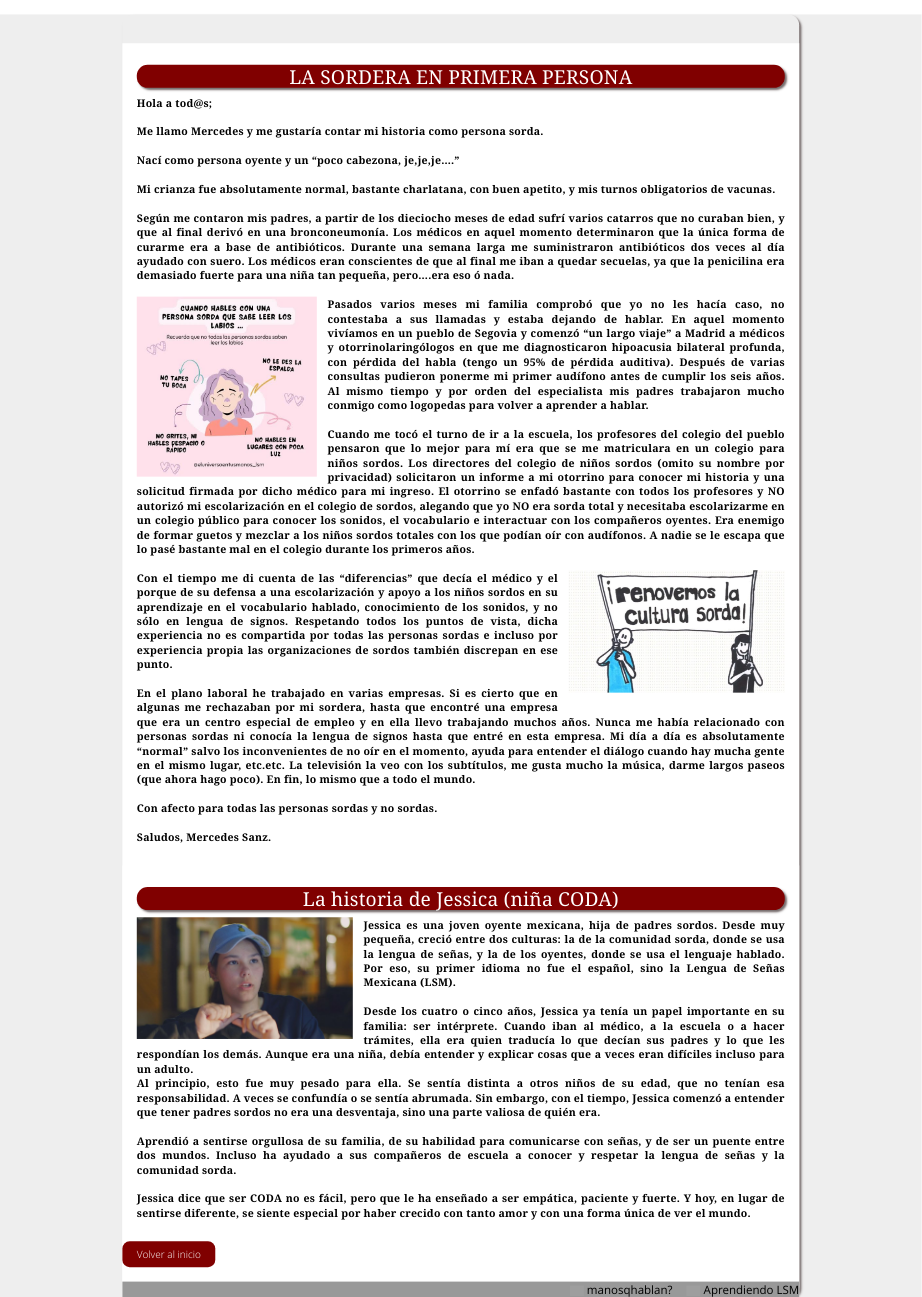
Repository: Ros4ri/beta
Page: relatos.html
An editor plug-in stored every save of this project. The page is shown before and after the next save, followed by the edit.
The browser window is 1280 px wide. The pictures show the whole page, at 72% of full size.
Pictures or frames that could not be fetched are drawn as grey boxes.

Above is the page before, as saved 2025-06-02 20:27:41.

### relatos.html
<!DOCTYPE html>
<html>
<head>
    <title>Sitio Web HTML5</title>
    <meta charset="UTF-8">
    <link rel="stylesheet" href="css/metro-bootstrap.css">
    <link rel="stylesheet" href="css/estilos.css">
    <script src="jquery/jquery.min.js"></script>
    <script src="jquery/jquery.widget.min.js"></script>
    <script src="metro/metro-dropdown.js"></script>
</head>
<body class="metro">

    <!-- Contenedor principal -->
    <div class="grid bg-grayLighter">
        <div class="container efectos">

            <!-- Encabezado -->
            <header class="row bg-lightBlue">
            </header>
<nav class="row bg-amber">
</nav>

<!-- Primera sección: Texto a la izquierda, imagen a la derecha -->
<section class="bg-white no-margin">
    <article class="row">
      <div class="padding20">
        <h2 class="text-center fg-white efectos" style="background-color: #800000; font-family:Cambria, Cochin, Georgia, Times, 'Times New Roman', serif;">LA SORDERA EN PRIMERA PERSONA</h2>
<h4 style="font-family: Cambria, Cochin, Georgia, Times, 'Times New Roman', serif; text-align: justify;">
 Hola a tod@s;<br>
<br>
 Me llamo Mercedes y me gustaría contar mi historia como persona sorda.<br>
<br>
Nací como persona oyente y un “poco cabezona, je,je,je….”<br>
<br>
Mi crianza fue absolutamente normal, bastante charlatana, con buen apetito, y mis turnos obligatorios de vacunas.<br>
<br>
Según me contaron mis padres, a partir de los dieciocho meses de edad sufrí varios catarros que no curaban bien, y que al final derivó en una bronconeumonía. Los médicos en aquel momento determinaron que la única forma de curarme era a base de antibióticos. Durante una semana larga me suministraron antibióticos dos veces al día ayudado con suero. Los médicos eran conscientes de que al final me iban a quedar secuelas, ya que la penicilina era demasiado fuerte para una niña tan pequeña, pero….era eso ó nada.<br>
<br>
<img src="img/amable.jpeg" width="250" height="150" style="float: left; margin-right: 15px; margin-bottom: 10px;">
Pasados varios meses mi familia comprobó que yo no les hacía caso, no contestaba a sus llamadas y estaba dejando de hablar. En aquel momento vivíamos en un pueblo de Segovia y comenzó “un largo viaje” a Madrid a médicos y otorrinolaringólogos en que me diagnosticaron hipoacusia bilateral profunda, con pérdida del habla (tengo un 95% de pérdida auditiva). Después de varias consultas pudieron ponerme mi primer audífono antes de cumplir los seis años. Al mismo tiempo y por orden del especialista mis padres trabajaron mucho conmigo como logopedas para volver a aprender a hablar.<br>
<br>
Cuando me tocó el turno de ir a la escuela, los profesores del colegio del pueblo pensaron que lo mejor para mí era que se me matriculara en un colegio para niños sordos. Los directores del colegio de niños sordos (omito su nombre por privacidad) solicitaron un informe a mi otorrino para conocer mi historia y una solicitud firmada por dicho médico para mi ingreso. El otorrino se enfadó bastante con todos los profesores y NO autorizó mi escolarización en el colegio de sordos, alegando que yo NO era sorda total y necesitaba escolarizarme en un colegio público para conocer los sonidos, el vocabulario e interactuar con los compañeros oyentes. Era enemigo de formar guetos y mezclar a los niños sordos totales con los que podían oír con audífonos. A nadie se le escapa que lo pasé bastante mal en el colegio durante los primeros años.<br>
<br>
<img src="img/renovar.jpeg" width="300" height="200" style="float: right; margin-left: 15px; margin-bottom: 10px;">
Con el tiempo me di cuenta de las “diferencias” que decía el médico y el porque de su defensa a una escolarización y apoyo a los niños sordos en su aprendizaje en el vocabulario hablado, conocimiento de los sonidos, y no sólo en lengua de signos. Respetando todos los puntos de vista, dicha experiencia no es compartida por todas las personas sordas e incluso por experiencia propia las organizaciones de sordos también discrepan en ese punto.<br>
<br>
En el plano laboral he trabajado en varias empresas. Si es cierto que en algunas me rechazaban por mi sordera, hasta que encontré una empresa que era un centro especial de empleo y en ella llevo trabajando muchos años. Nunca me había relacionado con personas sordas ni conocía la lengua de signos hasta que entré en esta empresa. Mi día a día es absolutamente “normal” salvo los inconvenientes de no oír en el momento, ayuda para entender el diálogo cuando hay mucha gente en el mismo lugar, etc.etc. La televisión la veo con los subtítulos, me gusta mucho la música, darme largos paseos (que ahora hago poco). En fin, lo mismo que a todo el mundo.<br>
<br>
Con afecto para todas las personas sordas y no sordas.<br>
<br>
Saludos,
Mercedes Sanz.
</h4>
</div>
</article>

 <!-- Tercera sección: Imagen a la izquierda, texto a la derecha -->
 <section class="row bg-white no-margin">
    <article>
        <div>
        </div>
        <div class="padding20">
<h2 class="text-center fg-white efectos" style="background-color: #800000; font-family:Cambria, Cochin, Georgia, Times, 'Times New Roman', serif;">La historia de Jessica (niña CODA)</h2>
<h4 style="font-family: Cambria, Cochin, Georgia, Times, 'Times New Roman', serif; text-align: justify;">
    <img src="img/jessica.jpeg" width="300" height="200" style="float: left; margin-right: 15px; margin-bottom: 10px;">
   Jessica es una joven oyente mexicana, hija de padres sordos. Desde muy pequeña, creció entre dos culturas: la de la comunidad sorda, donde se usa la lengua de señas, y la de los oyentes, donde se usa el lenguaje hablado. Por eso, su primer idioma no fue el español, sino la Lengua de Señas Mexicana (LSM).<br>
<br>
Desde los cuatro o cinco años, Jessica ya tenía un papel importante en su familia: ser intérprete. Cuando iban al médico, a la escuela o a hacer trámites, ella era quien traducía lo que decían sus padres y lo que les respondían los demás. Aunque era una niña, debía entender y explicar cosas que a veces eran difíciles incluso para un adulto.<br>

Al principio, esto fue muy pesado para ella. Se sentía distinta a otros niños de su edad, que no tenían esa responsabilidad. A veces se confundía o se sentía abrumada. Sin embargo, con el tiempo, Jessica comenzó a entender que tener padres sordos no era una desventaja, sino una parte valiosa de quién era.<br>
<br>
Aprendió a sentirse orgullosa de su familia, de su habilidad para comunicarse con señas, y de ser un puente entre dos mundos. Incluso ha ayudado a sus compañeros de escuela a conocer y respetar la lengua de señas y la comunidad sorda.<br>
<br>
Jessica dice que ser CODA no es fácil, pero que le ha enseñado a ser empática, paciente y fuerte. Y hoy, en lugar de sentirse diferente, se siente especial por haber crecido con tanto amor y con una forma única de ver el mundo.<br>
</h4>
        </div>
    </article>

<div style="text-align: left; margin-bottom: 20px;">
    <button onclick="location.href='index.html'"
            style="background-color: #800000; color: white;
                   border: none; padding: 10px 20px;
                   border-radius: 10px; cursor: pointer;">
      Volver al inicio
    </button>
  </div>
            <!-- Pie de página -->
            <footer class="row bg-grayLight no-margin">
                <div style="text-align: right;">
                    <a href="https://www.instagram.com/manosqhablan?igsh=YWpzMGlpZjZ3Y2th" style="text-decoration: none; color: black; margin-right: 15px;">
                      <img src="https://upload.wikimedia.org/wikipedia/commons/a/a5/Instagram_icon.png" width="20" height="20" alt="Instagram" style="vertical-align: middle;">
                      manosqhablan?
                    </a>

                    <a href="https://www.facebook.com/groups/1819542284849727/?ref=share&mibextid=NSMWBT" style="text-decoration: none; color: black;">
                      <img src="https://upload.wikimedia.org/wikipedia/commons/5/51/Facebook_f_logo_%282019%29.svg" width="20" height="20" alt="Facebook" style="vertical-align: middle;">
                      Aprendiendo LSM
                    </a>
                  </div>
            </footer>

        </div>
    </div>

</body>
</html>

### css/estilos.css

/* Estilo general */
#interior {
    margin-left: auto;
    margin-right: auto;
    width: 980px;
    max-width: 100%;
}

#superior {
    margin-top: 0px;
    margin-bottom: 0px;
}

.efectos {
    box-shadow: 3px 3px 3px #756b6b;
    border-radius: 15px;
}

/* Estilo para imágenes centradas y que se adapten */
img {
    max-width: 100%;
    height: auto;
}

/* Asegura que todo el texto se vea bien en pantallas pequeñas */
.text-justify, .text-center {
    word-wrap: break-word;
}

/* Ajuste del menú para pantallas pequeñas */
nav ul {
    display: flex;
    flex-wrap: wrap;
    justify-content: center;
    padding: 0;
    margin: 0;
    list-style: none;
}

nav ul li {
    margin: 5px 10px;
}

/*afuera de media*/
body {
  margin: 0;
  padding: 0;
  overflow-x: hidden;
  overflow-y: auto;
}

html, body {
  height: 100%;
}

/* Opcionalmente puedes recortar espacio innecesario abajo */
section.bg-white {
  margin-bottom: 0;
  padding-bottom: 0;
}

/* Media queries: reglas especiales para tamaños pequeños */
@media (max-width: 768px) {
    header h1 {
        font-size: 20px;
        text-align: center;
    }

    .row {
        display: block !important;
        width: 100% !important;
    }

    .span5, .span7 {
        width: 100% !important;
        display: block;
    }

    .padding20 {
        padding: 10px;
    }

    nav ul {
        flex-direction: column;
        align-items: center;
    }

    nav ul li {
        width: 100%;
        text-align: center;
    }
}

### js/metro/metro-dropdown.js
(function( $ ) {
    $.widget("metro.dropdown", {

        version: "1.0.0",

        options: {
            effect: 'slide'
        },

        _create: function(){
            var  that = this,
                 menu = this.element,
                 name = this.name,
                 parent = this.element.parent(),
                 toggle = parent.children('.dropdown-toggle');

            if (menu.data('effect') != undefined) {
                this.options.effect = menu.data('effect');
            }

            toggle.on('click.'+name, function(e){
                e.preventDefault();
                e.stopPropagation();

                if (menu.css('display') == 'block' && !menu.hasClass('keep-open')) {
                    that._close(menu);
                } else {
                    $('.dropdown-menu').each(function(i, el){
                        if (!menu.parents('.dropdown-menu').is(el) && !$(el).hasClass('keep-open') && $(el).css('display')=='block') {
                            that._close(el);
                        }
                    });
                    that._open(menu);
                }
            });

            $(menu).find('li.disabled a').on('click', function(e){
                e.preventDefault();
            });

            $('html').on('click', function(e){
                //e.preventDefault();
                $('.dropdown-menu').each(function(i, el){
                    if (!$(el).hasClass('keep-open') && $(el).css('display')=='block') {
                        that._close(el);
                        /* Почему то срабатывает трижды */
                    }
                });
            });
        },

        _open: function(el){
            switch (this.options.effect) {
                case 'fade': $(el).fadeIn('fast'); break;
                case 'slide': $(el).slideDown('fast'); break;
                default: $(el).hide();
            }
            this._trigger("onOpen", null, el);
        },

        _close: function(el){
            switch (this.options.effect) {
                case 'fade': $(el).fadeOut('fast'); break;
                case 'slide': $(el).slideUp('fast'); break;
                default: $(el).hide();
            }
            this._trigger("onClose", null, el);
        },

        _destroy: function(){
        },

        _setOption: function(key, value){
            this._super('_setOption', key, value);
        }
    });
})( jQuery );

$(function () {
    $('[data-role=dropdown]').dropdown();
});

function reinitDropdowns(){
    $('[data-role=dropdown]').dropdown();
}

Loaded but not shown: css/metro-bootstrap.css (library); js/jquery/jquery.min.js (library); js/jquery/jquery.widget.min.js (library)

After the next save:
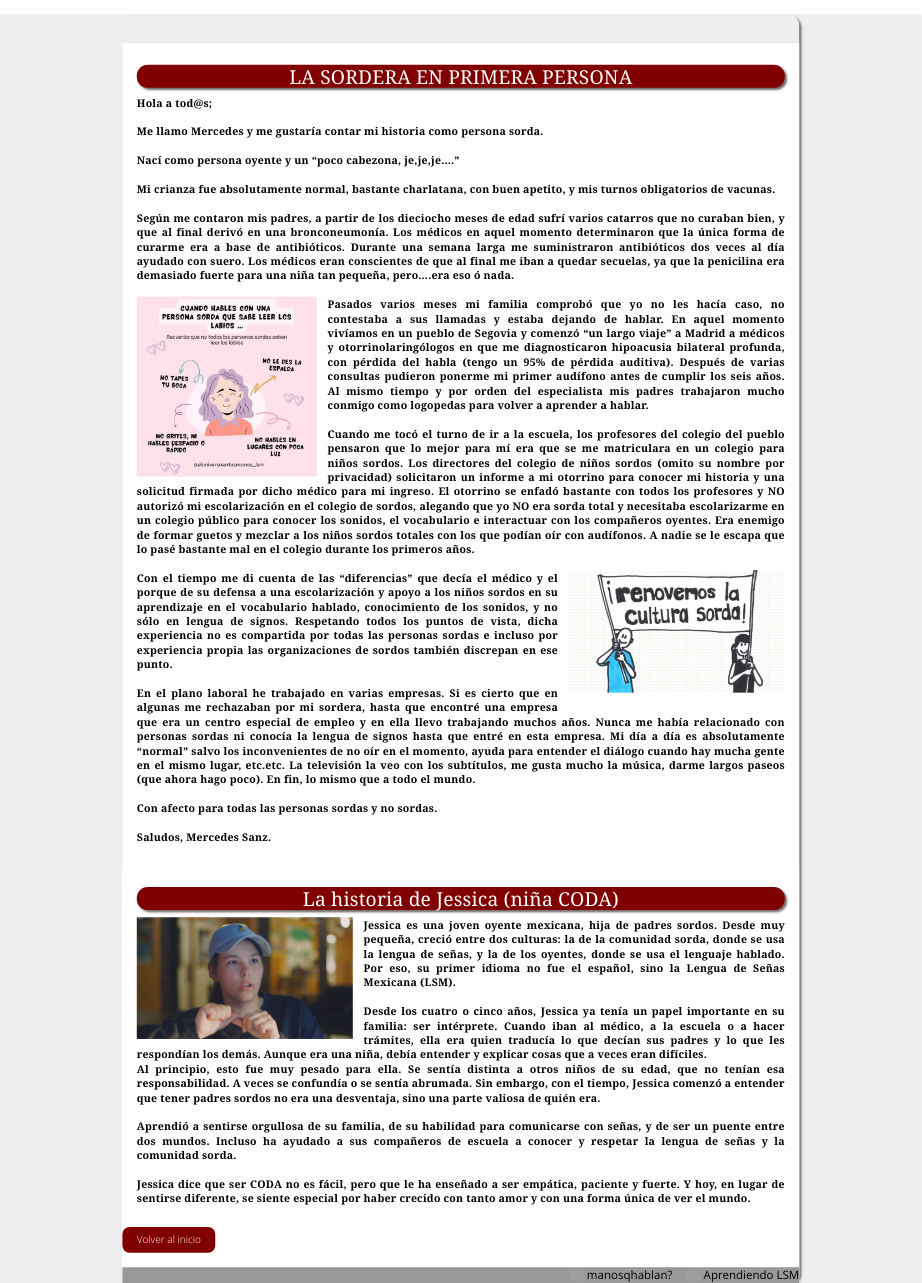
Saved 36 s later.
--- a/relatos.html
+++ b/relatos.html
@@ -66,7 +66,7 @@ Mercedes Sanz.
     <img src="img/jessica.jpeg" width="300" height="200" style="float: left; margin-right: 15px; margin-bottom: 10px;">
    Jessica es una joven oyente mexicana, hija de padres sordos. Desde muy pequeña, creció entre dos culturas: la de la comunidad sorda, donde se usa la lengua de señas, y la de los oyentes, donde se usa el lenguaje hablado. Por eso, su primer idioma no fue el español, sino la Lengua de Señas Mexicana (LSM).<br>
 <br>
-Desde los cuatro o cinco años, Jessica ya tenía un papel importante en su familia: ser intérprete. Cuando iban al médico, a la escuela o a hacer trámites, ella era quien traducía lo que decían sus padres y lo que les respondían los demás. Aunque era una niña, debía entender y explicar cosas que a veces eran difíciles incluso para un adulto.<br>
+Desde los cuatro o cinco años, Jessica ya tenía un papel importante en su familia: ser intérprete. Cuando iban al médico, a la escuela o a hacer trámites, ella era quien traducía lo que decían sus padres y lo que les respondían los demás. Aunque era una niña, debía entender y explicar cosas que a veces eran difíciles.<br>
 
 Al principio, esto fue muy pesado para ella. Se sentía distinta a otros niños de su edad, que no tenían esa responsabilidad. A veces se confundía o se sentía abrumada. Sin embargo, con el tiempo, Jessica comenzó a entender que tener padres sordos no era una desventaja, sino una parte valiosa de quién era.<br>
 <br>
